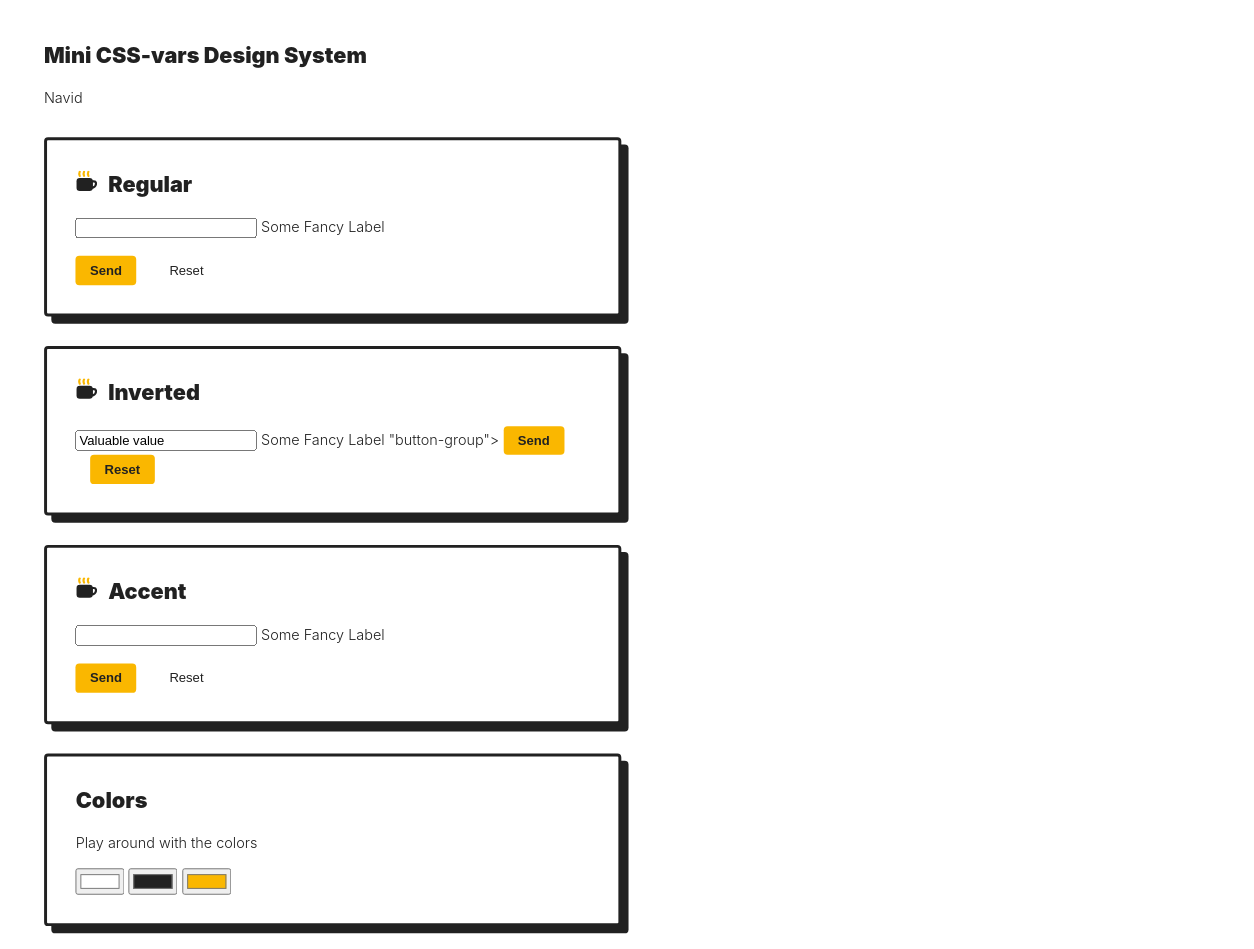
Repository: navid-amini12/capstone-1
Page: quiz.html
An editor plug-in stored every save of this project. The page is shown before and after the next save, followed by the edit.
The browser window is 1280 px wide. The pictures show the whole page, at 98% of full size.
Some web fonts or font styles are not loaded; a fallback is used.

Above is the page before, as saved 2022-05-17 12:16:54.

After the next save:
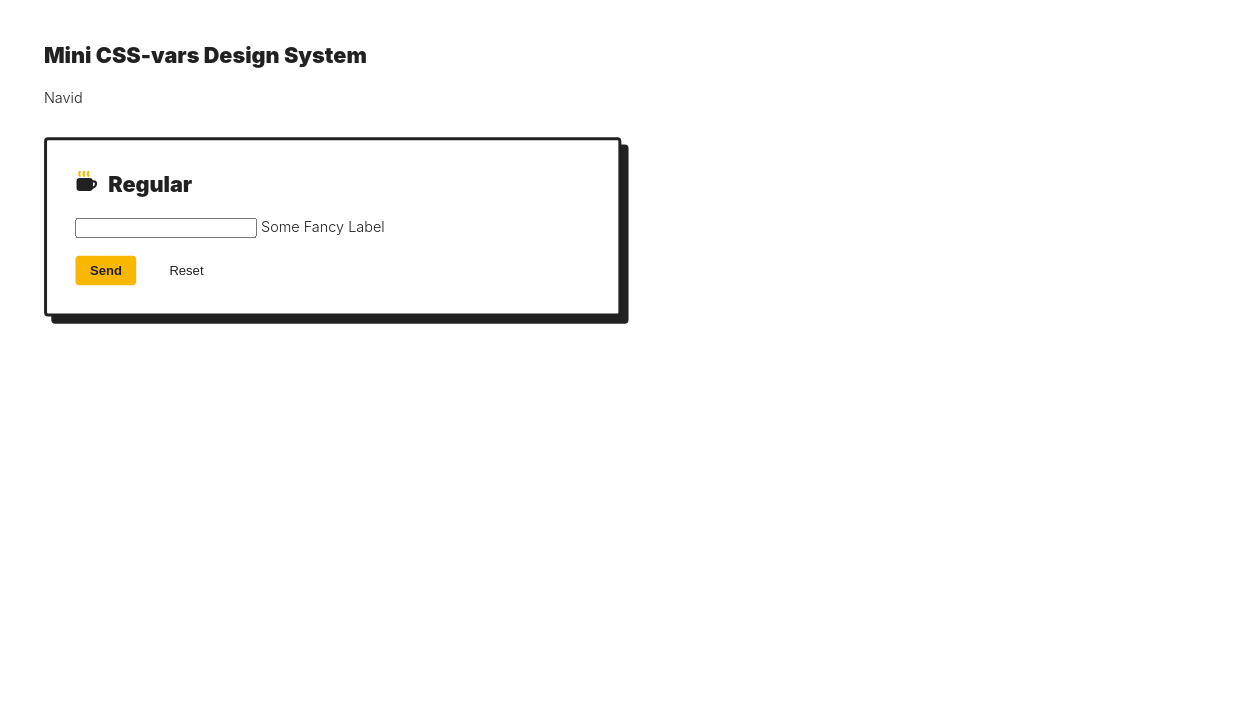
Saved 39 s later.
--- a/quiz.html
+++ b/quiz.html
@@ -20,42 +20,7 @@
         <button type="reset">Reset</button>
       </div>
     </div>
-    <div class="card card--inverted">
-      <h2> <svg class="icon" aria-hidden="true">
-        <use xlink:href="#icon-coffee" href="#icon-coffee" />
-      </svg>Inverted</h2>
-      <label class="input">
-        <input class="input__field" type="text" placeholder=" " value="Valuable value" />
-        <span class="input__label">Some Fancy Label</span>
-      </label>
-     "button-group">
-        <button>Send</button>
-        <button type="
-      <div class=reset">Reset</button>
-      </div>
-    </div>
-      <div class="card card--accent">
-      <h2><svg class="icon" aria-hidden="true">
-        <use xlink:href="#icon-coffee" href="#icon-coffee" />
-      </svg>Accent</h2>
-      <label class="input">
-        <input class="input__field" type="text" placeholder=" " />
-        <span class="input__label">Some Fancy Label</span>
-      </label>
 
-      <div class="button-group">
-        <button>Send</button>
-        <button type="reset">Reset</button>
-      </div>
-    </div>
-
-      <div class="card card--inverted">
-      <h2>Colors</h2>
-      <p>Play around with the colors</p>
-      <input type="color" data-color="light" value="#ffffff" />
-      <input type="color" data-color="dark" value="#212121" />
-      <input type="color" data-color="signal" value="#fab700" />
-    </div>
   </article>
 
   <svg xmlns="http://www.w3.org/2000/svg" class="hidden">
